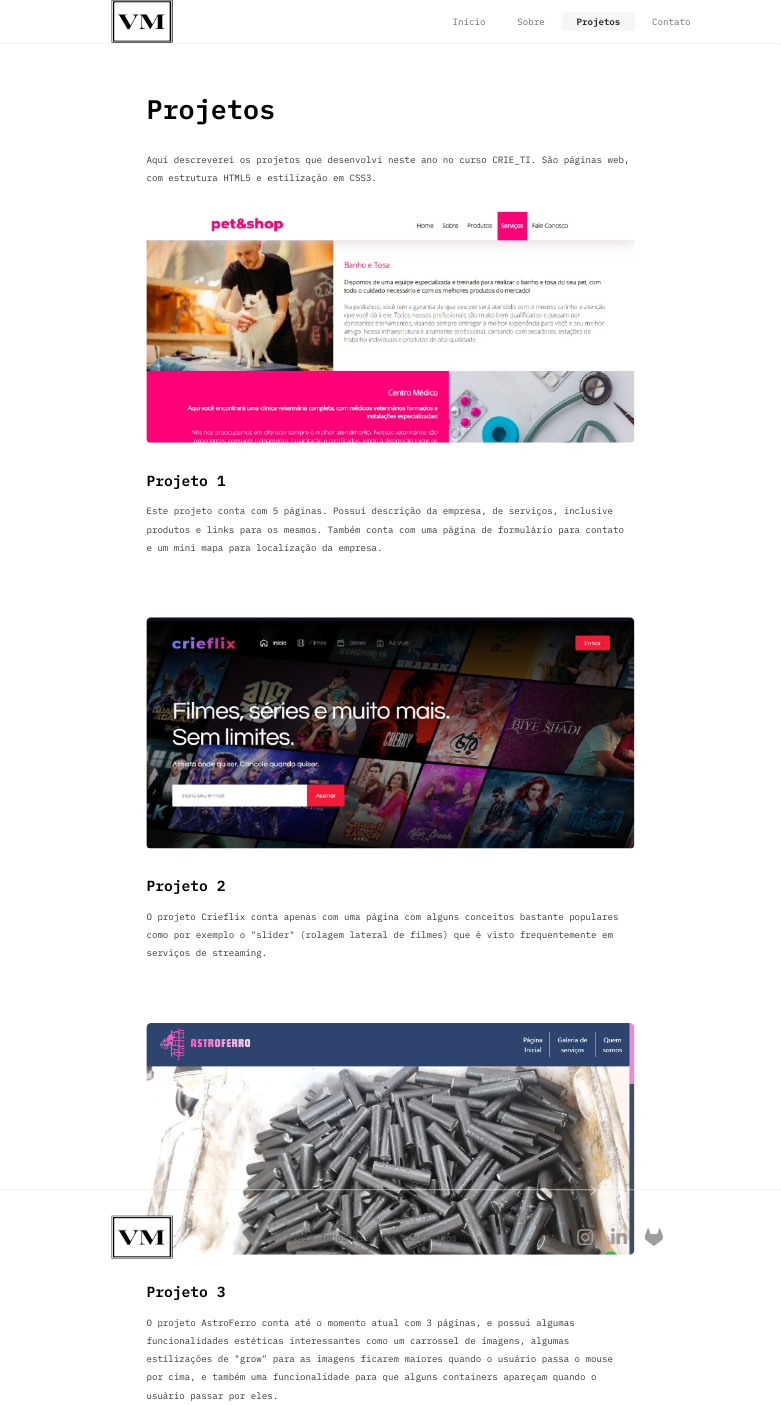
Repository: viictormatias/viictormatias.github.io
Page: projects.html
These files come from the project's save history. The page is drawn as it stood at one moment and after the next save; the edit follows.
The browser window is 1280 px wide. The pictures show the whole page, at 61% of full size.
Some web libraries are served in a nearby version.

Above is the page before, as saved 2023-02-06 15:41:47.

### projects.html
<!DOCTYPE html>
<html lang="pt-br">
<head>
    <meta charset="UTF-8">
    <meta http-equiv="X-UA-Compatible" content="IE=edge">
    <meta name="viewport" content="width=device-width, initial-scale=1.0">
    <title>Portfólio</title>
    <link rel="stylesheet" href="styles/base/reset.css">
    <link rel="stylesheet" href="styles/base/base.css">
    <link rel="stylesheet" href="styles/base/variables.css">
    <link rel="stylesheet" href="styles/layout/header.css">
    <link rel="stylesheet" href="styles/layout/footer.css">
    <link rel="stylesheet" href="styles/components/about.css">
    <link rel="stylesheet" href="styles/components/button.css">
    <link rel="stylesheet" href="styles/components/projects.css">

    <link rel="preconnect" href="https://fonts.googleapis.com">
    <link rel="preconnect" href="https://fonts.gstatic.com" crossorigin>
    <link href="https://fonts.googleapis.com/css2?family=IBM+Plex+Mono:wght@400;600&display=swap" rel="stylesheet">
    <script src="https://kit.fontawesome.com/d41cb6b5bb.js" crossorigin="anonymous"></script>
</head>
<body>
    <header class="header">
        <label class="header__toggle" for="hamburger">
            <i class="fa-solid fa-bars"></i>
        </label>
        <input id="hamburger" class="header__check" type="checkbox">
        <a href="./index.html">
            <img class="logo" src="./images/VM.png">
        </a>
        <nav class="header__menu">
            <a href="./index.html" class="header__menu__item">
                <span class="header__menu__item__text">Início</span>
            </a>
            <a href="./about.html" class="header__menu__item">
                <span class="header__menu__item__text">Sobre</span>
            </a>
            <a href="./projects.html" class="header__menu__item header__menu__item--active">
                <span class="header__menu__item__text">Projetos</span>
            </a>
            <a href="./contact.html" class="header__menu__item">
                <span class="header__menu__item__text">Contato</span>
            </a>
        </nav>
    </header>
    <section class="projects__page">
        <h1 class="projects__h1">Projetos</h1>
        <p class="projects__text">Aqui descreverei os projetos que desenvolvi neste ano no curso CRIE_TI. São páginas web, com estrutura HTML5 e estilização em CSS3.</p>
        <div class="project__example">
            <img class="picture__project" src="./images/petshop.jpg"  width="1000px">
        </div>
        <div class="project__desc__container">
            <h2 class="projects__title__1">Projeto 1</h2>
            <p class="project__description">Este projeto conta com 5 páginas. Possui descrição da empresa, de serviços, inclusive produtos e links para os mesmos. Também conta com uma página de formulário para contato e um mini mapa para localização da empresa.</p>
        </div>
        <div class="project__example__2" id="projeto2">
            <img class="picture__project" src="./images/crieflix.jpg" width="1000px">
        </div>
        <div class="project__desc__container__1">
            <h2 class="projects__title__1">Projeto 2</h2>
            <p class="project__description">O projeto Crieflix conta apenas com uma página com alguns conceitos bastante populares como por exemplo o "slider" (rolagem lateral de filmes) que é visto frequentemente em serviços de streaming.</p>
        </div>
        <div class="project__example__2" id="projeto3">
            <img class="picture__project" src="./images/astroferroproject.png" width="1000px">
        </div>
        <div class="project__desc__container__1">
            <h2 class="projects__title__1">Projeto 3</h2>
            <p class="project__description">O projeto AstroFerro conta até o momento atual com 3 páginas, e possui algumas funcionalidades estéticas interessantes como um carrossel de imagens, algumas estilizações de "grow" para as imagens ficarem maiores quando o usuário passa o mouse por cima, e também uma funcionalidade para que alguns containers apareçam quando o usuário passar por eles.</p>
        </div>
    </section>

    <section class="footer__projects">
        <div class="container__footer">
            <a href="./index.html">
                <img class="logo__footer" src="./images/VM.png">
            </a>
            <p class="copy__text">©2022 Todos direitos reservados</p>
            <div class="socialmedia__footer">
                <a class="icons" href="https://www.instagram.com/viictormatias/" target="_blank">
                    <i class="fa-brands fa-instagram fa-2x"></i>
                </a>
                <a class="icons" href="https://www.linkedin.com/in/viictormatias/" target="_blank">
                    <i class="fa-brands fa-linkedin-in fa-2x"></i>
                </a>
                <a class="icons" href="https://gitlab.com/vmatiasdev" target="_blank">
                    <i class="fa-brands fa-gitlab fa-2x"></i>
                </a>
            </div>
        </div>
    </section>
</body>
</html>

### styles/base/base.css
body {
    font-family: var(--font-family-primary);
    font-size: 15px;
    background-color: var(--color-white);
    display: flex;
    justify-content: center;
}

* {
    box-sizing: border-box;
  }

### styles/base/variables.css
:root {
    --color-pink: #EA4C89;
    --color-purple: #8F48EB;
    --color-blue: #1DA1F2;
    --color-yellow: #E39600;
    --color-black: #111111;
    --color-light-black: #242424;
    --color-darken-gray: #363636;
    --color-gray: #5B5B5B;
    --color-light-gray: #6C6C6C;
    --color-lighter-gray: #9D9D9D;
    --color-dark-white: #D9D9D9;
    --color-light-white: #EAEAEA;
    --color-medium-white: #F6F6F6;
    --color-white: #FFFFFF;

    --font-family-ibm: 'IBM Plex Mono';
    --font-size-default: 15px;

    --font-family-primary: var(--font-family-ibm);
}

### styles/layout/header.css
.header {
    height: 72px;
    width: 100%;
    display: flex;
    align-items: center;
    border-bottom: 1px solid var(--color-light-white);
    position: absolute;
}
.header__toggle,
.header__check {
  display: none;
}
.header__menu {
    display: flex;
    flex-direction: row;
    justify-content: center;
    align-items: center;
    padding: 8px 24px;
    gap: 4px;
    margin-left: auto;
    margin-right: 100px;
}
.header__menu__item {
    color: var(--color-light-gray);
    text-decoration: none;
    padding: 8px 24px;
}
.header__menu__item--active {
    color: var(--color-light-black);
    background-color: var(--color-medium-white);
    border-radius: 4px;
    font-weight: 600;
}
.logo {
    height: 70px;
    width: 100px;
    border: 1px solid #000000;
    margin-left: 183px;
    text-align: center;
}
nav a:hover {
    background: var(--color-medium-white);
}

@media only screen and (max-width:480px) {
    .header {
        height: 100px;
        width: 100%;
        display: flex;
        align-items: center;
        border-bottom: 1px solid var(--color-light-white);
        position: absolute;
    }
    .logo {
        height: 70px;
        width: 100px;
        border: 1px solid #000000;
        text-align: center;
        margin-left: 55%;
    }

    .header__menu {
        display: block;
        position: fixed;
        height: 230px;
        top: 80px;
        left: 0;
        right: 0;
        bottom: 0;
        background-color: var(--color-light-white);
        transform: translateX(-100%);
        transition: transform 0.25s ease;
        z-index: 9;
      }
      .header__menu__item {
        display: block;
        margin: 20px 0;
      }
      .header__toggle {
        display: block;
        margin-left: 40px;
      }
      .header__check:checked ~ .header__menu {
        transform: translateX(0);
      }
    }

### styles/layout/footer.css
.footer {
  margin-top: 2450px;
  width: 100%;
}
.container__footer {
    display: flex;
    justify-content: space-between;
    width: 100%;
    height: 156px;
    position: absolute;
    align-items: center;
    border-top: 1px solid var(--color-light-white);
}
.logo__footer {
    height: 70px;
    width: 100px;
    border: 1px solid #000000;
    text-align: center;
    margin-left: 183px;
}
.socialmedia__footer {
    margin-right: 183px;
}
.copy__text {
    color: var(--color-gray);
    align-items: center;
    text-align: center;
}
.footer__about {
    margin-top: 900px;
    width: 100%;
  }
  .footer__projects {
    margin-top: 1950px;
    width: 100%;
  }
  .footer__contacts {
    margin-top: 1000px;
    width: 100%;
    position: absolute;
  }

  @media only screen and (max-width:480px) {
  .footer {
     margin-top: 2750px;
     width: 100%;
  }
  .container__footer {
    display: flex;
    justify-content: space-between;
    width: 100%;
    height: 156px;
    position: absolute;
    align-items: center;
    border-top: 1px solid var(--color-light-white);
  }
  .logo__footer {
    height: 40px;
    width: 70px;
    border: 1px solid #000000;
    text-align: center;
    margin-left: 0;
  }
  .socialmedia__footer {
    margin-right: 0;
    display: flex;
  }
  .footer__about {
    margin-top: 1300px;
    width: 100%;
  }
  .footer__contacts {
    margin-top: 1100px;
  }
  .footer__projects {
    margin-top: 1450px;
    width: 100%;
  }
  }

### styles/components/about.css
.about {
    position: absolute;
    width: 1000px;
    margin-top: 150px ;
}
.about__title {
    width: 800px;
    text-align: center;
    line-height: 57px;
    font-size: 44px;
    font-style: normal;
    font-weight: 600;
    display: flex;
    align-items:center;
    margin-bottom: 40px;
    margin-left: auto;
    margin-right: auto;
}
.picture {
    border-radius: 8px;
    filter: grayscale(1);
}
.about__text {
    width: 800px;
    margin-left: auto;
    margin-right: auto;
    margin-top: 20px;
    margin-bottom:40px ;
    color: var(--color-darken-gray);
    line-height: 30px;
}
.pic__desc {
    font-style: italic;
    color: var(--color-light-gray);
    text-align: center;
    margin-top: 5px;
}
.icons {
    text-decoration: none;
    color: var(--color-lighter-gray);
    margin: 10px
}
.socialmedia {
    margin-left: 90px;
    margin-right: 20px;
}
.container {
    display: flex;
    flex-direction: row;
    justify-content: flex-start;
}
.about__page {
    position: absolute;
    width: 800px;
    margin-top: 150px ;
}
.works {
    position: absolute;
    width: 800px;
    margin-top: 550px ;
}
.studies {
    position: absolute;
    width: 800px;
    margin-top: 700px ;
}
.jobs {
    display: flex;
    justify-content: space-between;
    margin-top: 20px;
}
.company {
    color: var(--color-darken-gray);
    font-weight: 600;
}
.position {
    color: var(--color-light-gray);
    font-weight: 400;
}

@media only screen and (max-width:480px) {
    .about {
        position: absolute;
        width: 100%;
        margin-top: 150px ;
    }
    .about__title {
        width: 100%;
        text-align: center;
        line-height: 57px;
        font-size: 44px;
        font-style: normal;
        font-weight: 600;
        display: flex;
        align-items:center;
        margin-bottom: 40px;
        margin-left: auto;
        margin-right: auto;
    }
    .picture {
        border-radius: 8px;
        filter: grayscale(1);
        width: 100%;
    }
    .socialmedia {
        margin-left: 0px;
        margin-right: 0px;
    }
    .container {
        display: flex;
        flex-direction: row;
        justify-content: center;
    }
    .about__page {
        position: absolute;
        width: 100%;
        margin-top: 150px ;
    }
    .about__text {
        width: 95%;
        margin-left: auto;
        margin-right: auto;
        margin-top: 20px;
        margin-bottom:40px ;
        color: var(--color-darken-gray);
        line-height: 30px;
    }
    .works {
        position: absolute;
        width: 95%;
        margin-top: 900px ;
    }
    .studies {
        position: absolute;
        width: 95%;
        margin-top: 1100px ;
    }
    .company {
        width: 100%;
        color: var(--color-darken-gray);
        font-weight: 600;
    }
   .jobs {
       display: inline-block;
   }
}

### styles/components/button.css
.button {
    background: #FAFAFA;
    border: 1px solid var(--color-light-white);
    border-radius: 20px;
    font-family: var(--font-family-primary);
    font-weight: 600;
    font-size: var(--font-size-default);
    flex: none;
    cursor: pointer;
    justify-content: center;
    align-items: center;
    padding: 10px 15px;
    gap: 10px;
}

### styles/components/projects.css
.projects {
    position: absolute;
    width: 800px;
    height: 470px;
    margin-top: 1350px;
}
.projects__title {
    font-size: 24px;
    font-weight: 600;
    line-height: 31.2px;
    margin-bottom: 20px;
}
.project__text {
    font-size: 18px;
    line-height: 23.4px;
}
.container__project {
    background: #FAFAFA;
    border: 1px solid #EAEAEA;
    border-radius: 8px;
    width: 800px;
    padding: 30px 30px;
    margin-top: 20px;
}
.projects__example {
    font-size: 18px;
    font-weight: 600;
    line-height: 23px;
}
.prod__text {
    margin-left: auto;
    margin-right: auto;
    margin-top: 20px;
    margin-bottom:40px ;
    color: var(--color-darken-gray);
    line-height: 30px;
}
.logo__pet {
    margin-top: 15px;
    margin-left: -5px;
    margin-bottom: -5px;
}
.logo__crieflix {
    margin-top: 15px;
    margin-bottom: 5px;
}
.projects__h1 {
    width: 800px;
    height: 57px;
    text-align: center;
    line-height: 57px;
    font-size: 44px;
    font-style: normal;
    font-weight: 600;
    display: flex;
    align-items:center;
    margin-bottom: 40px;
    margin-left: auto;
    margin-right: auto;
}
.projects__page {
    position: absolute;
    width: 800px;
    margin-top: 150px;
}
.projects__text {
    width: 800px;
    margin-left: auto;
    margin-right: auto;
    margin-top: 20px;
    margin-bottom:40px ;
    color: var(--color-darken-gray);
    line-height: 30px;
    font-weight: 400;
}
.picture__project {
    border-radius: 8px;
    width: 1000px;
    height: 380px;
    object-fit: cover;
    object-position: top;
}
.project__description {
    width: 800px;
    margin-left: auto;
    margin-right: auto;
    margin-top: 20px;
    color: var(--color-darken-gray);
    line-height: 30px;
}
.project__desc__container {
   position: absolute;
   margin-top: -40px;
}
.projects__title__1 {
    font-size: 24px;
    font-weight: 600;
    line-height: 31.2px;
}
.project__example {
    display: flex;
    justify-content: center;
    height: 465px;
}
.project__example__2 {
    display:flex;
    justify-content: center;
    height: 465px;
    margin-top: 200px;
}
.project__desc__container__1 {
    position: absolute;
    margin-top: -40px;
}
.projects__links {
    text-decoration: none;
}
.projects__links:visited {
    color: var(--color-black);
}

@media only screen and (max-width:480px) {
    .projects {
        position: absolute;
        width: 90%;
        height: 470px;
        margin-top: 1300px;
    }
    .projects__title {
        text-align: center;
    }
    .container__project {
        background: #FAFAFA;
        border: 1px solid #EAEAEA;
        border-radius: 8px;
        width: 100%;
        padding: 30px 30px;
        margin-top: 20px;
    }
    .projects__text {
        width: 95%;
    }
    .projects__page {
        width: 100%;
    }
    .projects__h1 {
        width: 100%;
        justify-content: center;
    }
    .picture__project {
        width: 100%;
        height: 180px;
    }
    .project__description {
        width: 95%;
        object-fit: cover;
        object-position: top;
    }
    .project__example {
        display: flex;
        justify-content: center;
        height: 250px;
        width: 100%;
    }
    .project__example__2 {
        display:flex;
        justify-content: center;
        height: 250px;
        margin-top: 300px;
        width: 100%;
    }
    .project__desc__container__1 {
        position: absolute;
        margin-top: -40px;
        margin-bottom: -100px;
    }
}

Loaded but not shown: styles/base/reset.css (common file)

After the next save:
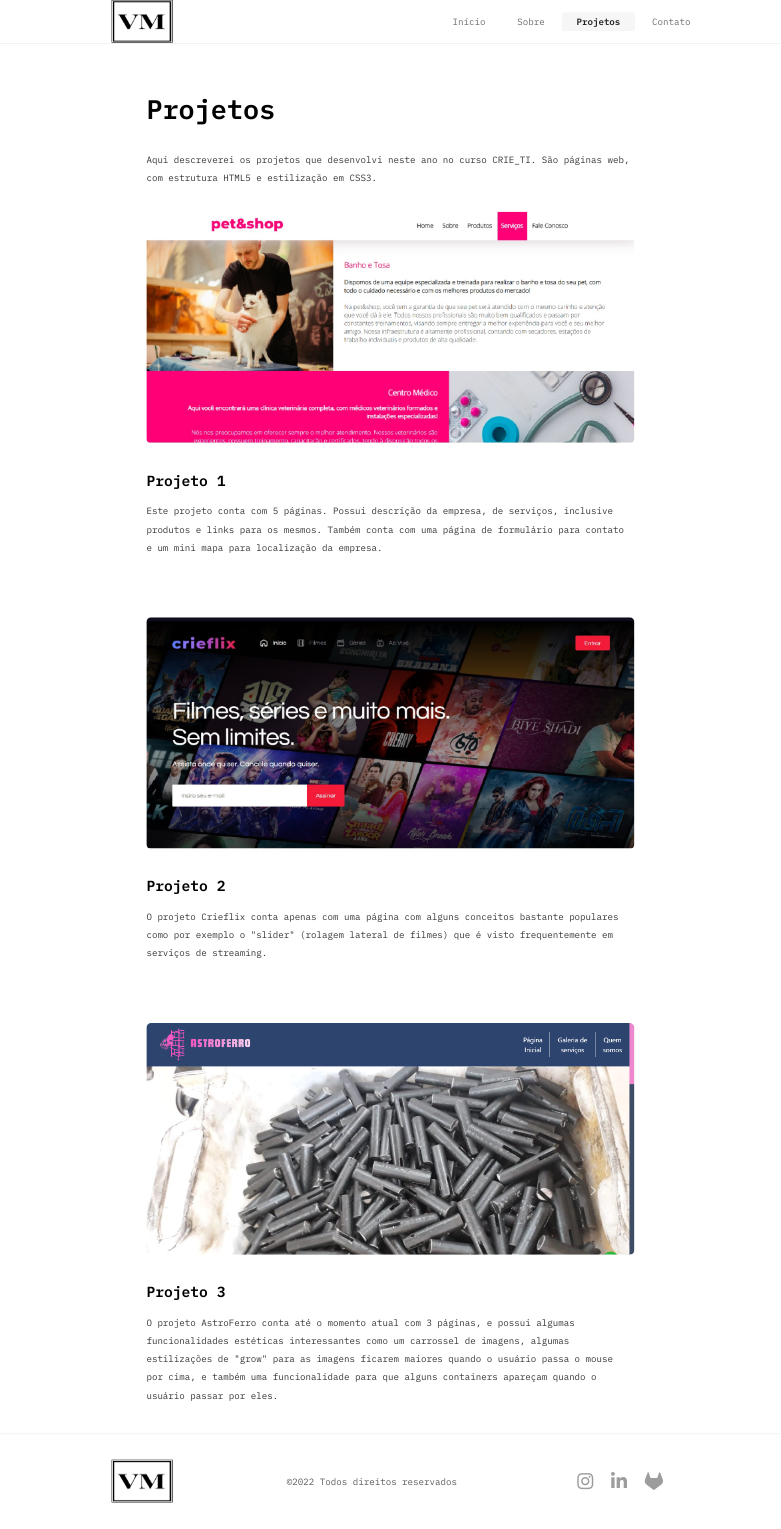
Saved 8 s later.
--- a/styles/layout/footer.css
+++ b/styles/layout/footer.css
@@ -31,7 +31,7 @@
     width: 100%;
   }
   .footer__projects {
-    margin-top: 1950px;
+    margin-top: 2350px;
     width: 100%;
   }
   .footer__contacts {
